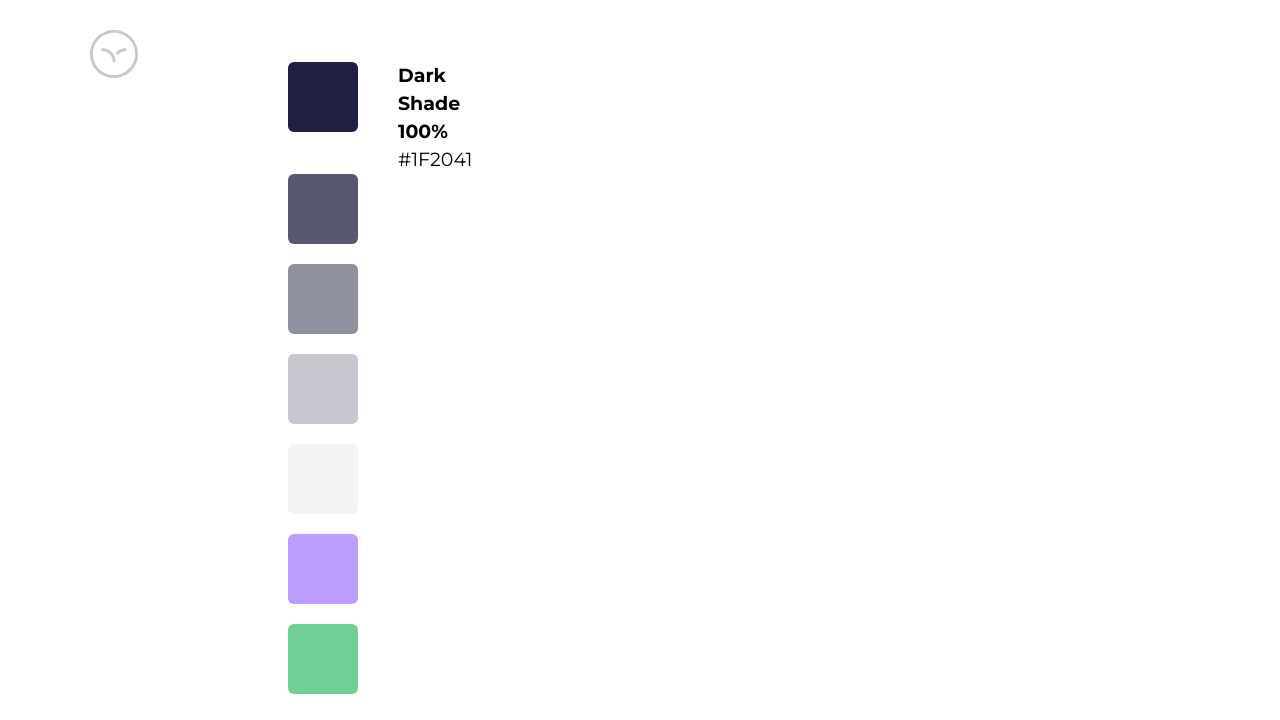
Repository: Inzhir2022/quatrain
Page: ui/index.html
These files come from the project's save history. The page is drawn as it stood at one moment and after the next save; the edit follows.
The browser window is 1280 px wide. The pictures show the whole page.

Above is the page before, as saved 2022-07-23 09:15:11.

After the next save:
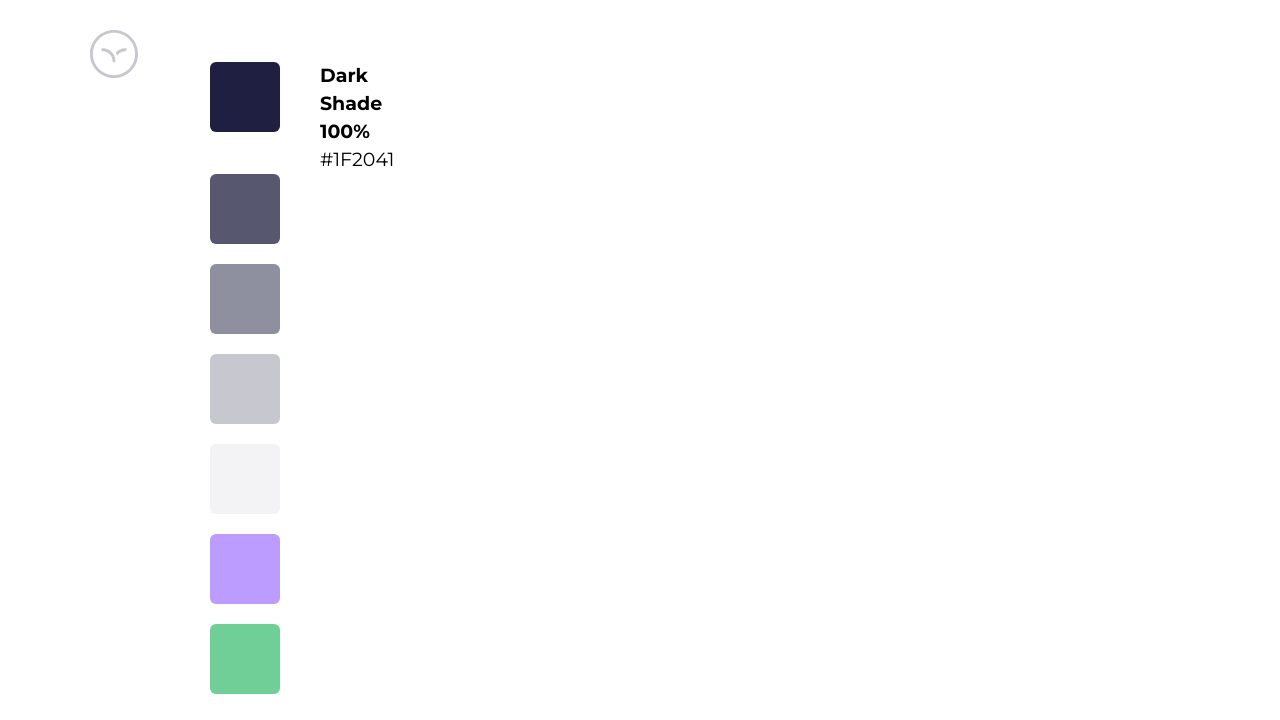
Saved 52 s later.
--- a/ui/style.css
+++ b/ui/style.css
@@ -24,7 +24,8 @@
 
 }
 
-.logo {
+.colorsAndTypes__logo {
+  position: absolute;
   margin: 30px 0 0 30px;
 }
 .logo__icon {
